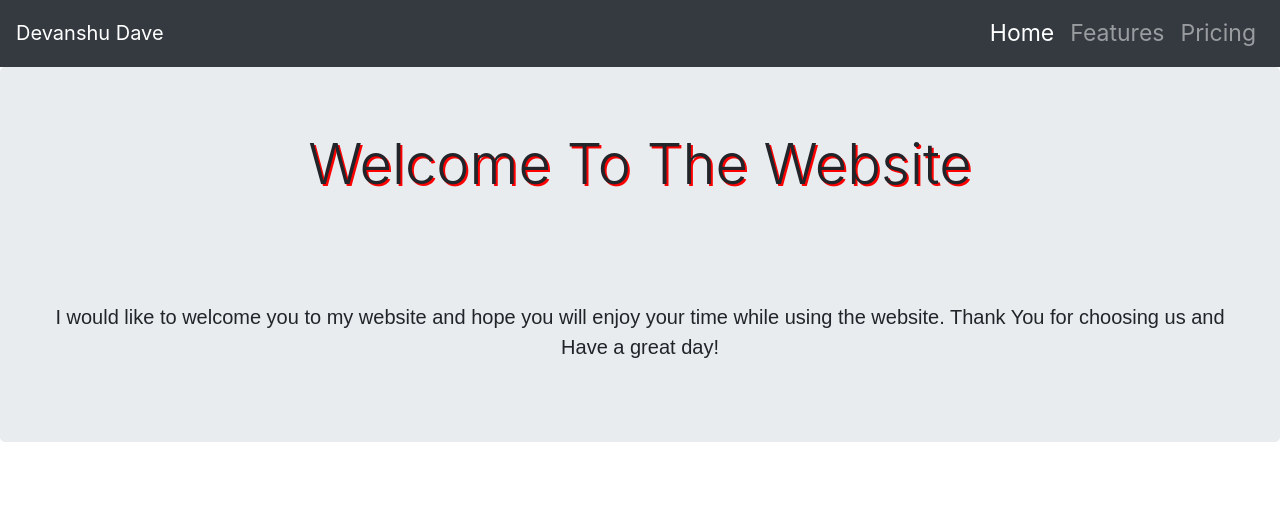
Repository: devanshudave1901/Mobile-Dev-Website
Page: index.html
An editor plug-in stored every save of this project. The page is shown before and after the next save, followed by the edit.
The browser window is 1280 px wide. The pictures show the whole page.
Some icons come from a web library that is not loaded, so they are not drawn. Some web libraries are served in a nearby version.

Above is the page before, as saved 2022-10-05 00:09:36.

After the next save:
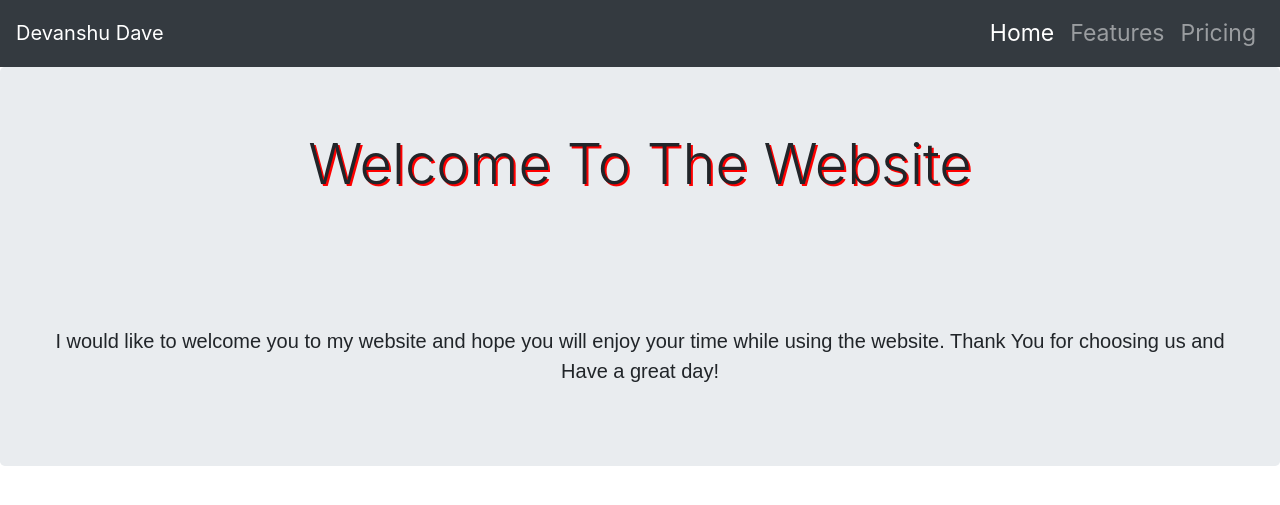
Saved 51 s later.
--- a/index.html
+++ b/index.html
@@ -10,6 +10,11 @@
       integrity="sha384-Gn5384xqQ1aoWXA+058RXPxPg6fy4IWvTNh0E263XmFcJlSAwiGgFAW/dAiS6JXm"
       crossorigin="anonymous"
     />
+    <link
+      href="https://maxcdn.bootstrapcdn.com/font-awesome/4.2.0/css/font-awesome.min.css"
+      rel="stylesheet"
+    />
+
     <link
       rel="stylesheet"
       href="path/to/font-awesome/css/font-awesome.min.css"

After the 2 saves that followed:
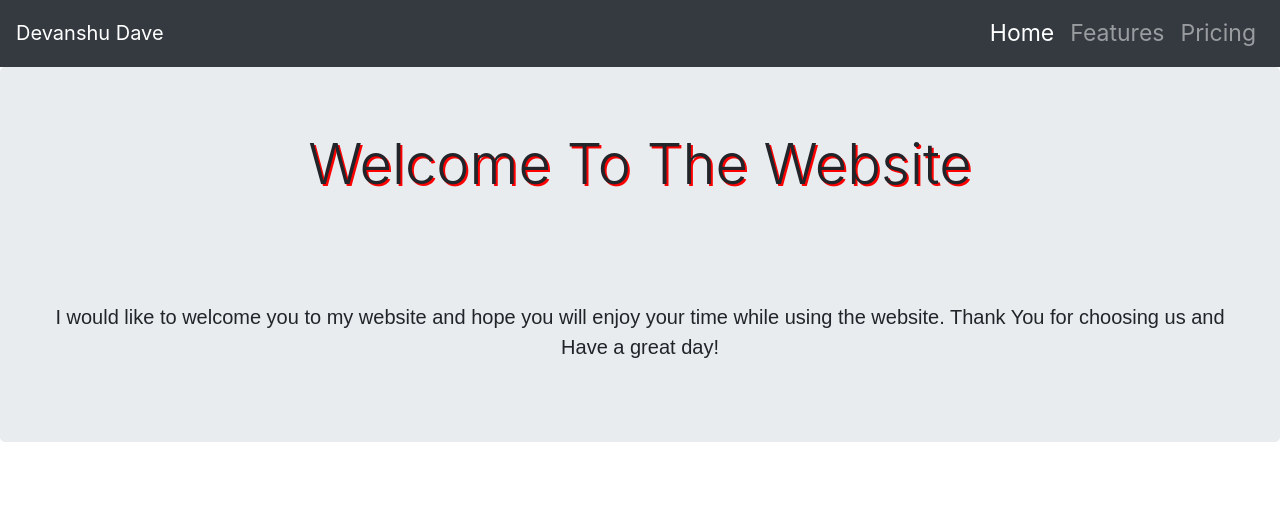
The 2 saves are shown as one change because 1 left the picture as it was.
The last was saved 72 s later.
--- a/index.html
+++ b/index.html
@@ -13,11 +13,6 @@
     <link
       href="https://maxcdn.bootstrapcdn.com/font-awesome/4.2.0/css/font-awesome.min.css"
       rel="stylesheet"
-    />
-
-    <link
-      rel="stylesheet"
-      href="path/to/font-awesome/css/font-awesome.min.css"
     />
 
     <style>
@@ -77,7 +72,7 @@
       <br />
       <br />
       <br />
-      <i class="fa fa-solid fa-robot"></i>
+      <i class="fas fa-solid fa-robot"></i>
       <p class="lead welcomeText">
         I would like to welcome you to my website and hope you will enjoy your
         time while using the website. Thank You for choosing us and Have a great
